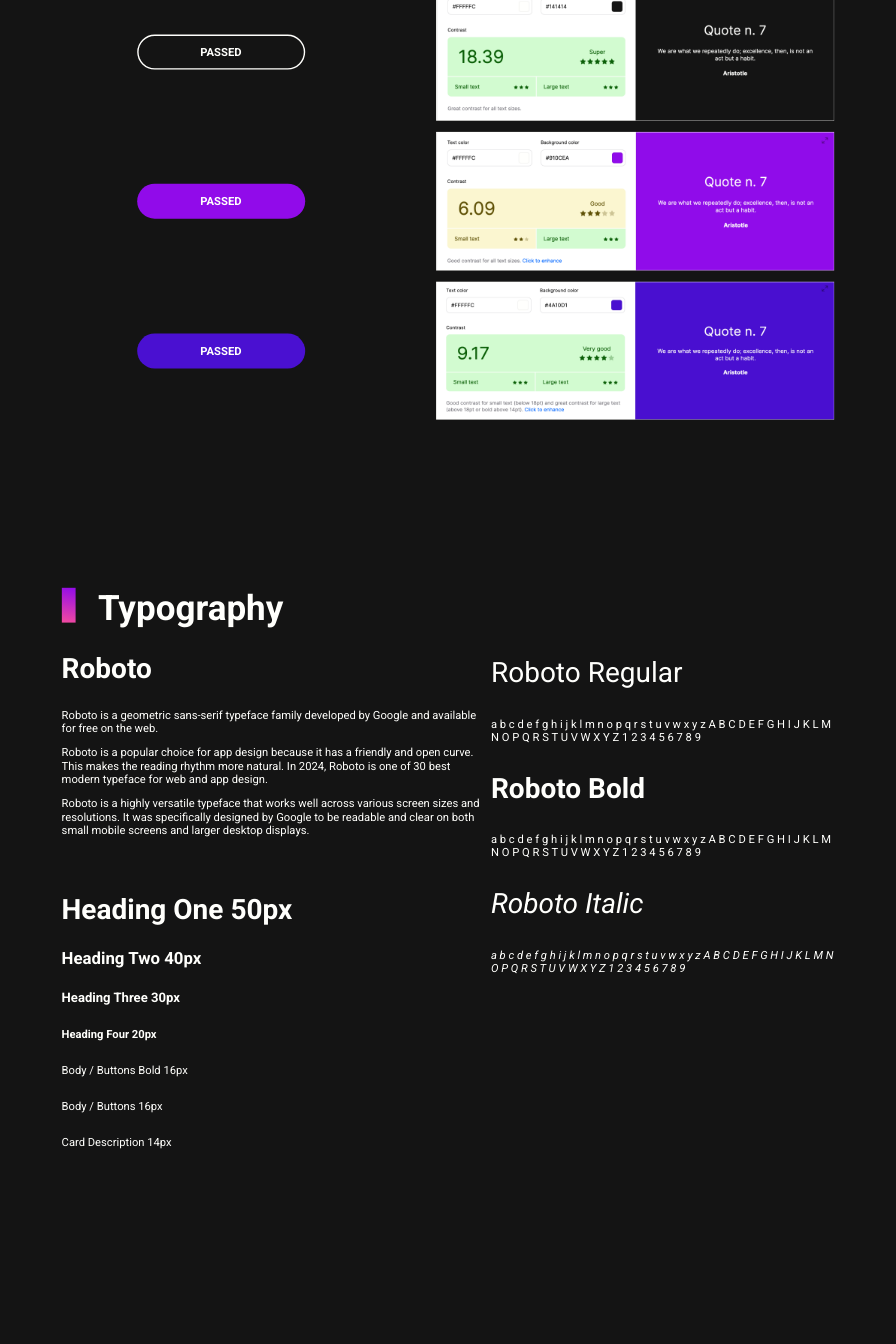
Repository: MonicaNguyenH/artflow_frontend_vanJS
Page: index.html
These files come from the project's save history. The page is drawn as it stood at one moment and after the next save; the edit follows.
The browser window is 1280 px wide. The pictures show the part of the page from y = 3449 to 5369 px (the page is 5369 px tall before and 5353 px after), at 70% of full size.
Some web fonts or font styles are not loaded; a fallback is used.

Above is the page before, as saved 2024-04-05 16:26:36.

After the next save:
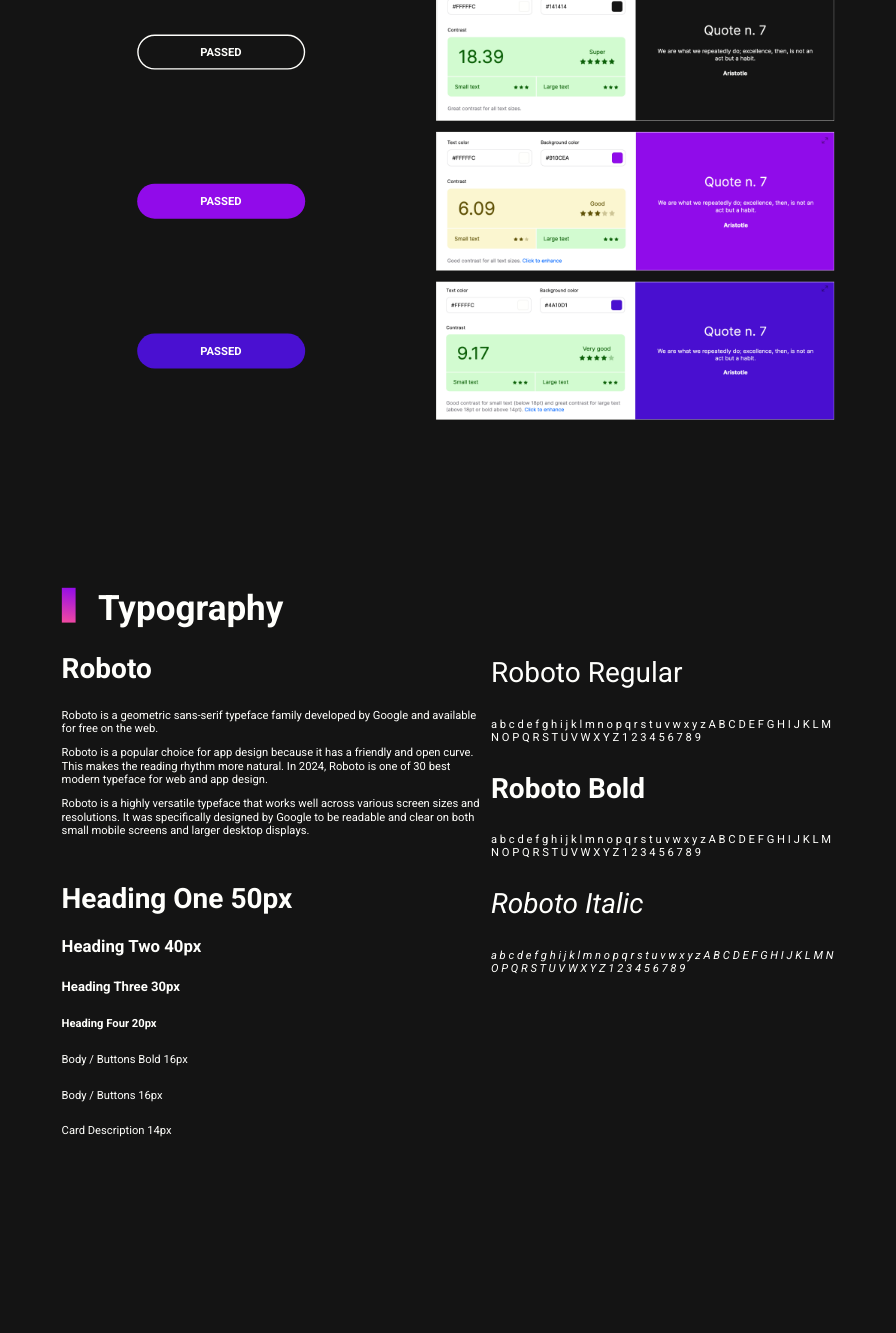
Saved 9 s later.
--- a/css/style.css
+++ b/css/style.css
@@ -411,7 +411,7 @@ input:checked + .slider:before {
 
 /*Headings*/
 .heading-list {
-    padding-top: 2rem;
+    padding-top: 1rem;
 }
 
 .headings {
